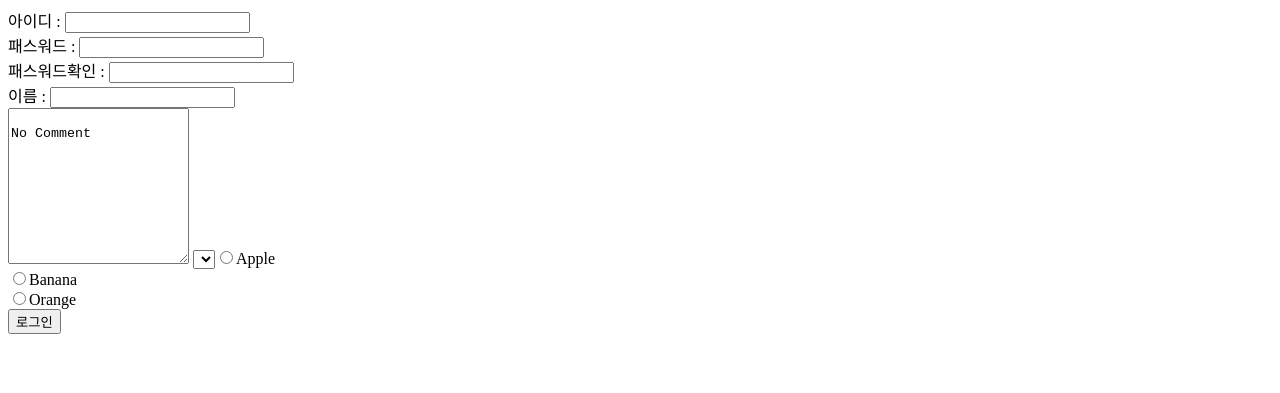
Repository: JeongYT/JSP
Page: jspproject/src/main/webapp/login.html
An editor plug-in stored every save of this project. The page is shown before and after the next save, followed by the edit.
The browser window is 1280 px wide. The pictures show the whole page.

Above is the page before, as saved 2023-07-06 07:37:31.

### jspproject/src/main/webapp/login.html
<!DOCTYPE html>
<html>
<head>
<meta charset="UTF-8">
<title>Insert title here</title>
</head>
<body>
	<form action="/hello">
		아이디 : <input type="text" name="id"> <br>
		패스워드 : <input type="password" name="pw"> <br>
		패스워드확인 : <input type="password" name="pw2"> <br>
		이름 : <input type="text" name="name"> <br>
		<textarea name="comment" rows="10" cols="20">
			No Comment
		</textarea>
		<select>
			<input type="radio" name="fruit" value="apple">Apple<br>
			<input type="radio" name="fruit" value="banana">Banana<br>
			<input type="radio" name="fruit" value="orange">Orange<br>
		</select>
		<input type="submit" value="로그인">
	</form>
</body>
</html>

After the next save:
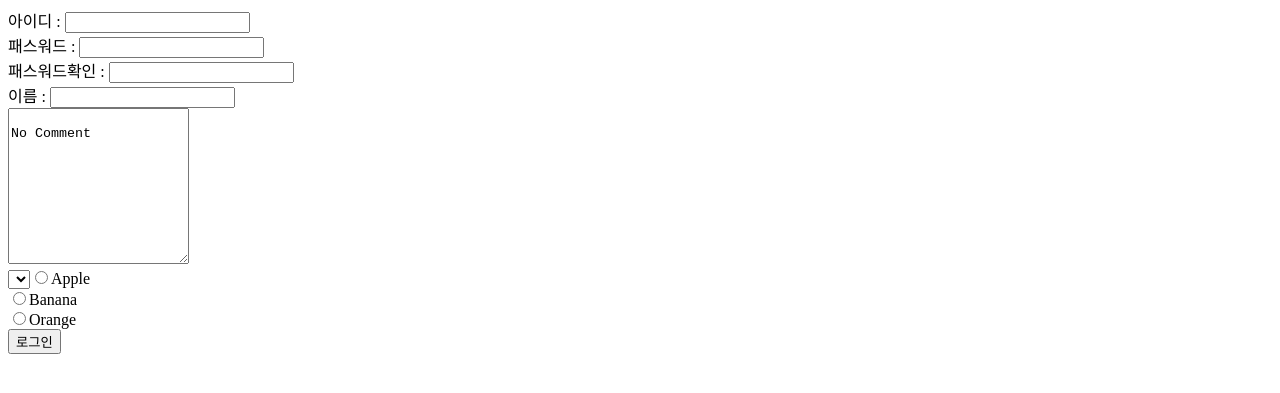
Saved 2 min 37 s later.
--- a/jspproject/src/main/webapp/login.html
+++ b/jspproject/src/main/webapp/login.html
@@ -12,7 +12,7 @@
 		이름 : <input type="text" name="name"> <br>
 		<textarea name="comment" rows="10" cols="20">
 			No Comment
-		</textarea>
+		</textarea> <br>
 		<select>
 			<input type="radio" name="fruit" value="apple">Apple<br>
 			<input type="radio" name="fruit" value="banana">Banana<br>
